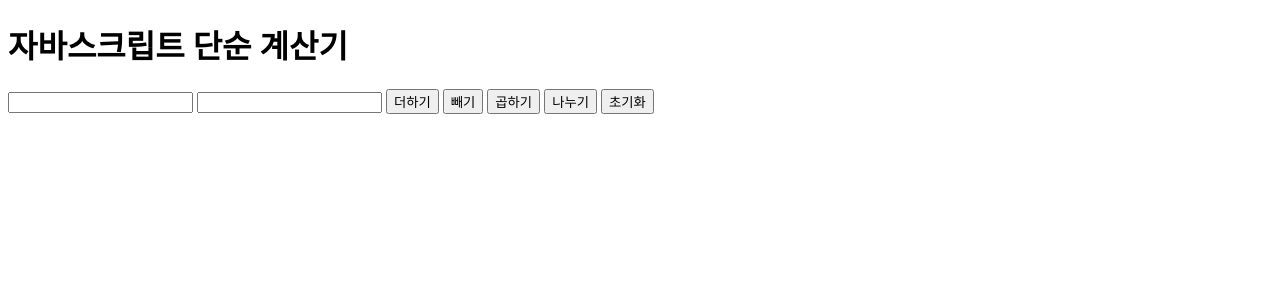
Repository: XenosJM/WEB_CODES
Page: Web03_JavaScript/src/main/webapp/HW1.html
The author's editor kept a copy of each file at every save. The page is drawn from the files as they stood at one save, then again after the next save.
The browser window is 1280 px wide. The pictures show the whole page.

Above is the page before, as saved 2024-03-20 06:13:56.

### Web03_JavaScript/src/main/webapp/HW1.html
<!DOCTYPE html>
<html>
<head>
<meta charset="UTF-8">
<title>HW1</title>
</head>
<body>
	<h1>자바스크립트 단순 계산기</h1>
	<input type="text" id="xText">
	<input type="text" id="yText">
	<button onclick="add()">더하기</button>
	<button onclick="sub()">빼기</button>
	<button onclick="multi()">곱하기</button>
	<button onclick="div()">나누기</button>
	<button onclick="setDefault">초기화</button>
	<div id="output"></div>

	<script type="text/javascript">
		function add(){
			let output = document.getElementById('output');
			let x = document.getElementById('xText').value;
			let y = document.getElementById('yText').value;
			x = parseInt(x);
			y = parseInt(y);
			console.log(x);
			console.log(typeof x);
			console.log(y);
			console.log(typeof y);
			let sum = x + y;
			output.innerHTML += '덧셈 : ' + sum + '<br>';
		}

		function sub(){
			let output = document.getElementById('output');
			let x = document.getElementById('xText').value;
			let y = document.getElementById('yText').value;
			x = parseInt(x);
			y = parseInt(y);
			console.log(x);
			console.log(typeof x);
			console.log(y);
			console.log(typeof y);
			let sum = x - y;
			output.innerHTML += '뺄셈 : ' + sum + '<br>';
		}

		function multi(){
			let output = document.getElementById('output');
			let x = document.getElementById('xText').value;
			let y = document.getElementById('yText').value;
			x = parseInt(x);
			y = parseInt(y);
			console.log(x);
			console.log(typeof x);
			console.log(y);
			console.log(typeof y);
			let sum = x * y;
			output.innerHTML += '곱셈 : ' + sum + '<br>';
		}

		function div(){
			let output = document.getElementById('output');
			let x = document.getElementById('xText').value;
			let y = document.getElementById('yText').value;
			x = parseInt(x);
			y = parseInt(y);
			console.log(x);
			console.log(typeof x);
			console.log(y);
			console.log(typeof y);
			let sum = x / y;
			output.innerHTML += '나눗셈 : ' + sum + '<br>';
		}

		function setDefault(){
		let output = document.getElementById('output');
		output.innerHTML;
		}

	</script>

</body>
</html>

After the next save:
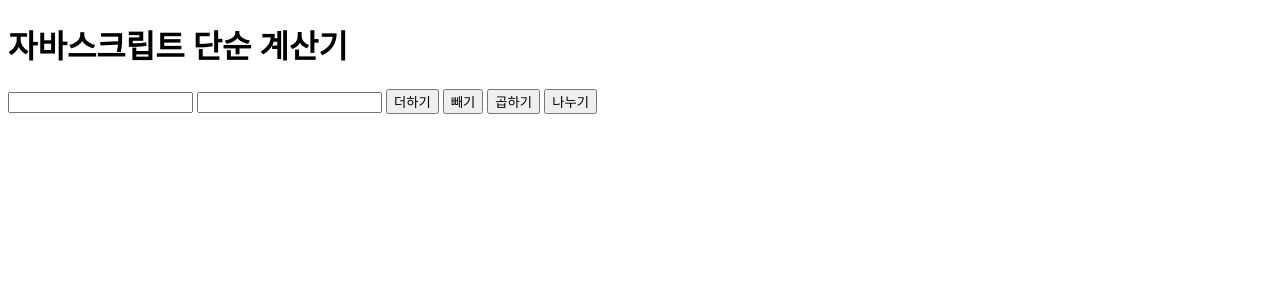
Saved 19 s later.
--- a/Web03_JavaScript/src/main/webapp/HW1.html
+++ b/Web03_JavaScript/src/main/webapp/HW1.html
@@ -12,7 +12,6 @@
 	<button onclick="sub()">빼기</button>
 	<button onclick="multi()">곱하기</button>
 	<button onclick="div()">나누기</button>
-	<button onclick="setDefault">초기화</button>
 	<div id="output"></div>
 
 	<script type="text/javascript">
